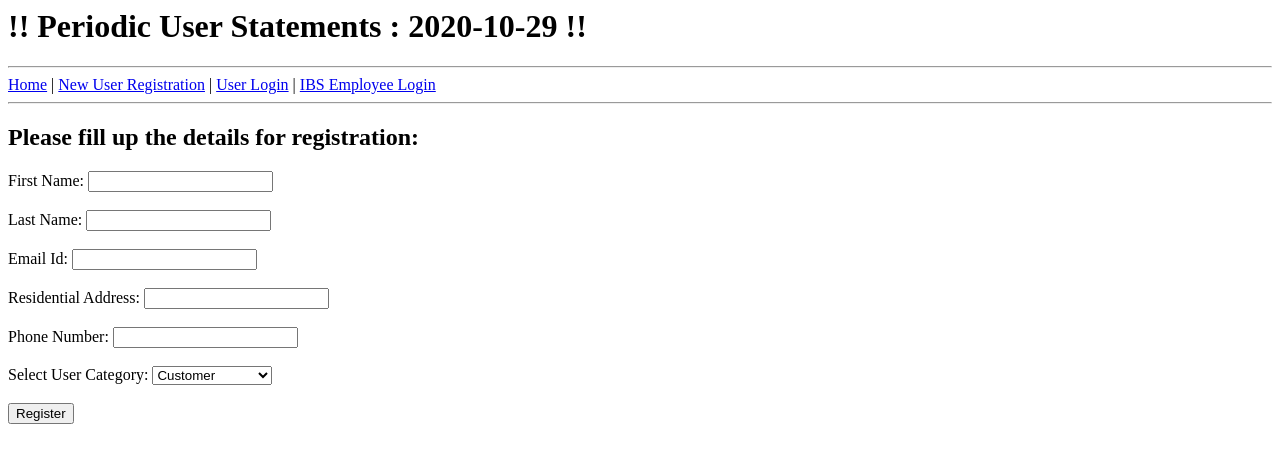
Repository: anik84/ibs
Page: http://localhost/IBS/user_periodic_statement_display_form.jsp
These files come from the project's save history. The page is drawn as it stood at one moment and after the next save; the edit follows.
The browser window is 1280 px wide. The pictures show the whole page.
The page is served by Tomcat 9. Other server files are loaded and not shown.

Above is the page before, as saved 2020-10-29 09:46:58.

### IBS_JSPs/IBS/WebContent/user_periodic_statement_display_form.jsp
<%@page import="java.time.LocalDate"%>
<html>
<head>
<title>periodic user statement</title>
</head>
<body>
	<h1>
		!! Periodic User Statements :
		<%=LocalDate.now()%>
		!!
	</h1>
	<jsp:include page="user_menu.jsp" />

	<h2>Please fill up the details for registration:</h2>
	<form action="newuser" method="POST">
		<div>
			<label>First Name: </label> <input type="text" name="firstName"
				required />
		</div><br />
		<div>
			<label>Last Name: </label> <input type="text" name="lastName"
				required />
		</div><br />
		<div>
			<label>Email Id: </label> <input type="text" name="emailId" required />
		</div><br />
		<div>
			<label>Residential Address: </label> <input type="text"
				name="address" required />
		</div><br />
		<div>
			<label>Phone Number: </label> <input type="number" name="phoneNo"
				required />
		</div><br />
		<div>
			Select User Category: <select name="userCategory">
				<option value="userCategory_1">Customer</option>
				<option value="userCategory_2">Service Provider</option>

			</select>
		</div><br />
		<div>
			<button>Register</button>
		</div>
	</form>
</body>
</html>

### IBS_JSPs/IBS/WebContent/user_menu.jsp
<nav>
	<hr />
	 <a href="index.jsp">Home</a>
	 <span> | </span>
	 <a href="new_user_registration_form.jsp">New User Registration</a>
	 <span> | </span>
	 <a href="user_login.jsp">User Login</a>
	 <span> | </span>
	 <a href="ibs_employee_login.jsp">IBS Employee Login</a>
	<hr />
</nav>

### IBS_JSPs/IBS/WebContent/user_home_menu.jsp
<nav>
	<hr />
	 <a href="user_home.jsp">Home</a>
	 <span> | </span>
	 <a href="user_accounts.jsp">Accounts</a>
	 <span> | </span>
	 <a href="user_beneficiary.jsp">Beneficiary</a>
	<hr />
</nav>

After the next save:
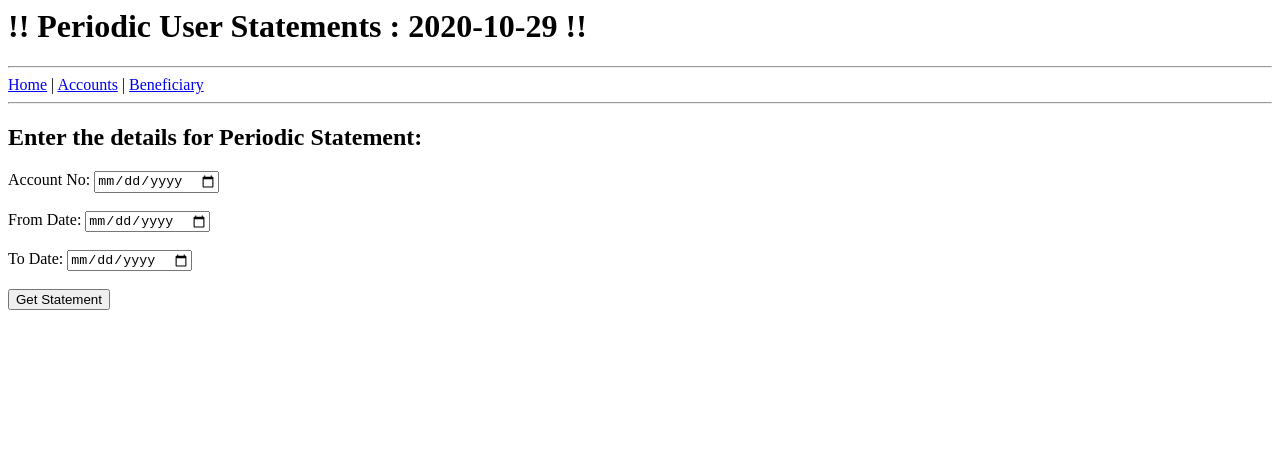
Saved 6 min 53 s later.
--- a/IBS_JSPs/IBS/WebContent/user_periodic_statement_display_form.jsp
+++ b/IBS_JSPs/IBS/WebContent/user_periodic_statement_display_form.jsp
@@ -9,38 +9,24 @@
 		<%=LocalDate.now()%>
 		!!
 	</h1>
-	<jsp:include page="user_menu.jsp" />
+	<jsp:include page="user_home_menu.jsp" />
 
-	<h2>Please fill up the details for registration:</h2>
-	<form action="newuser" method="POST">
+	<h2>Enter the details for Periodic Statement:</h2>
+	<form action="peripdicstatement" method="POST">
 		<div>
-			<label>First Name: </label> <input type="text" name="firstName"
+			<label>Account No: </label> <input type="date" name="fromDate"
 				required />
 		</div><br />
 		<div>
-			<label>Last Name: </label> <input type="text" name="lastName"
+			<label>From Date: </label> <input type="date" name="fromDate"
 				required />
 		</div><br />
 		<div>
-			<label>Email Id: </label> <input type="text" name="emailId" required />
-		</div><br />
-		<div>
-			<label>Residential Address: </label> <input type="text"
-				name="address" required />
-		</div><br />
-		<div>
-			<label>Phone Number: </label> <input type="number" name="phoneNo"
+			<label>To Date: </label> <input type="date" name="toDate"
 				required />
 		</div><br />
 		<div>
-			Select User Category: <select name="userCategory">
-				<option value="userCategory_1">Customer</option>
-				<option value="userCategory_2">Service Provider</option>
-
-			</select>
-		</div><br />
-		<div>
-			<button>Register</button>
+			<button>Get Statement</button>
 		</div>
 	</form>
 </body>
